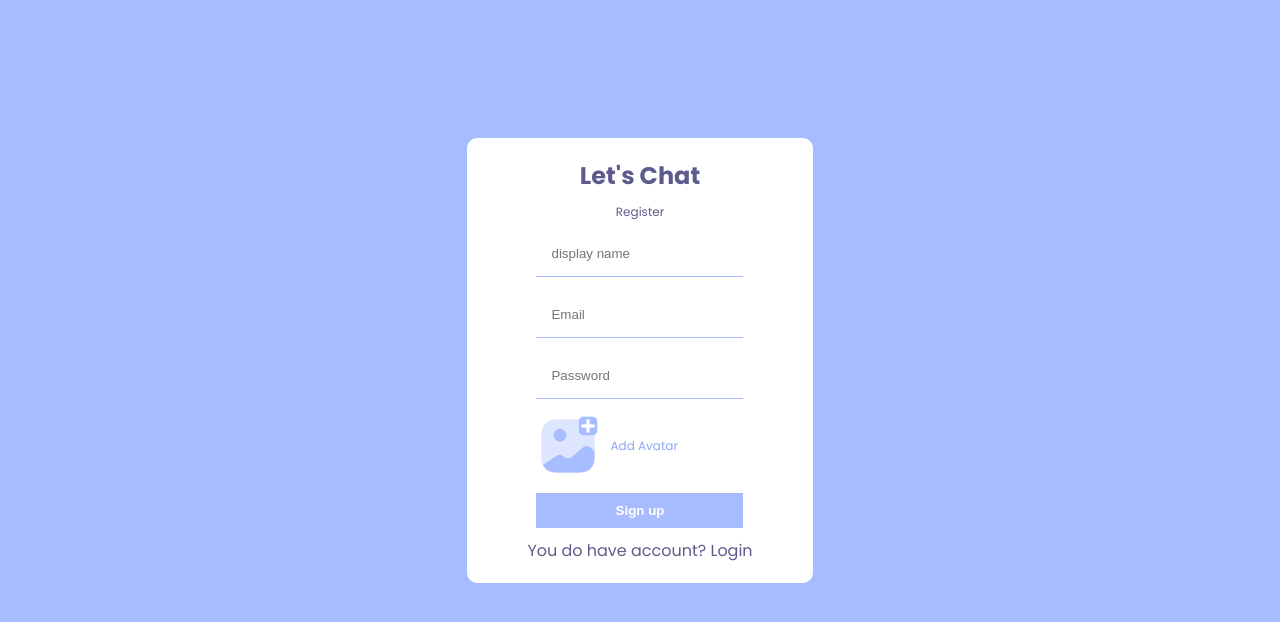
Repository: shikubro90/chatapp
Page: /
An editor plug-in stored every save of this project. The page is shown before and after a run of saves, followed by the edit.
The browser window is 1280 px wide. The pictures show the whole page.
The project was rebuilt for these pictures with package versions that can differ from the ones it lists, and the page was loaded fresh each time.

Above is the page before, as saved 2022-09-08 16:05:01.

After the next 9 saves:
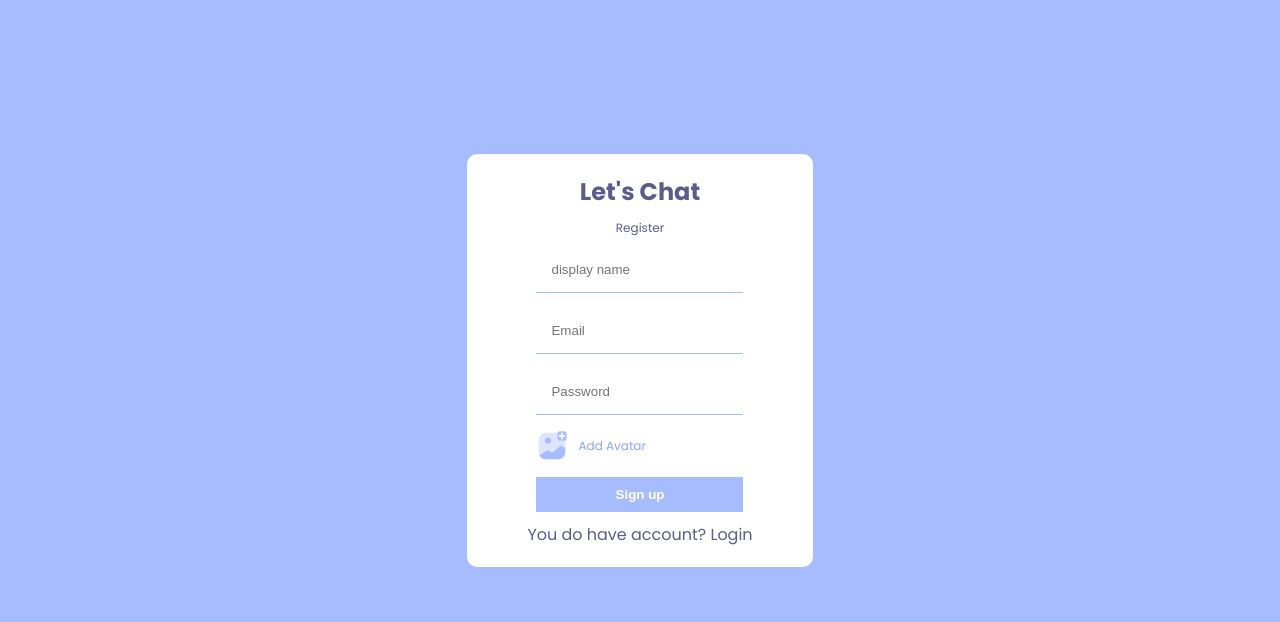
The 9 saves are shown as one change because they came seconds apart.
The last was saved 32 s later.
--- a/src/style.scss
+++ b/src/style.scss
@@ -45,6 +45,10 @@
                 color: #8da4f1;
                 gap: 10px;
                 font-size: 12px;
+
+                img{
+                    width: 32px;
+                }
             }
         }
 
